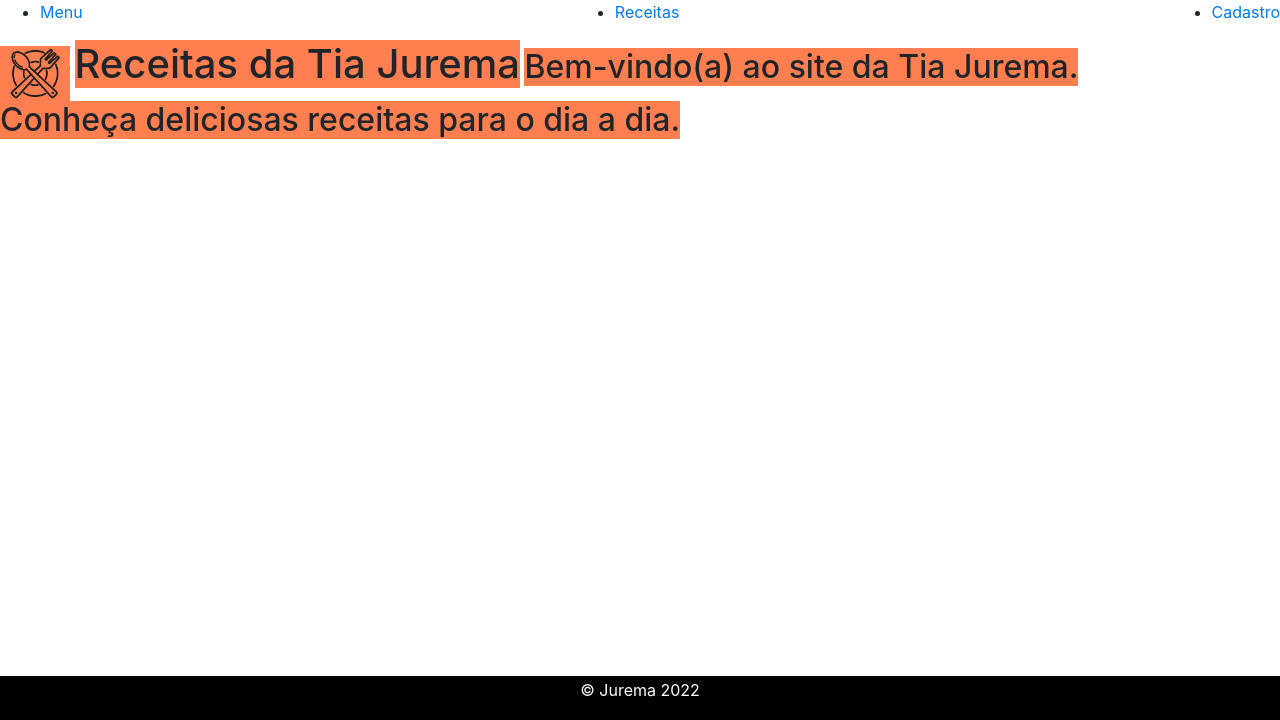
Repository: devropaes/RECEITAS
Page: OneDrive/Área de Trabalho/Estudos/Estácio/receitas/menu.html
The author's editor kept a copy of each file at every save. The page is drawn from the files as they stood at one save, then again after the next save.
The browser window is 1280 px wide. The pictures show the whole page.
Some web libraries are served in a nearby version.

Above is the page before, as saved 2024-03-11 22:29:18.

After the next save:
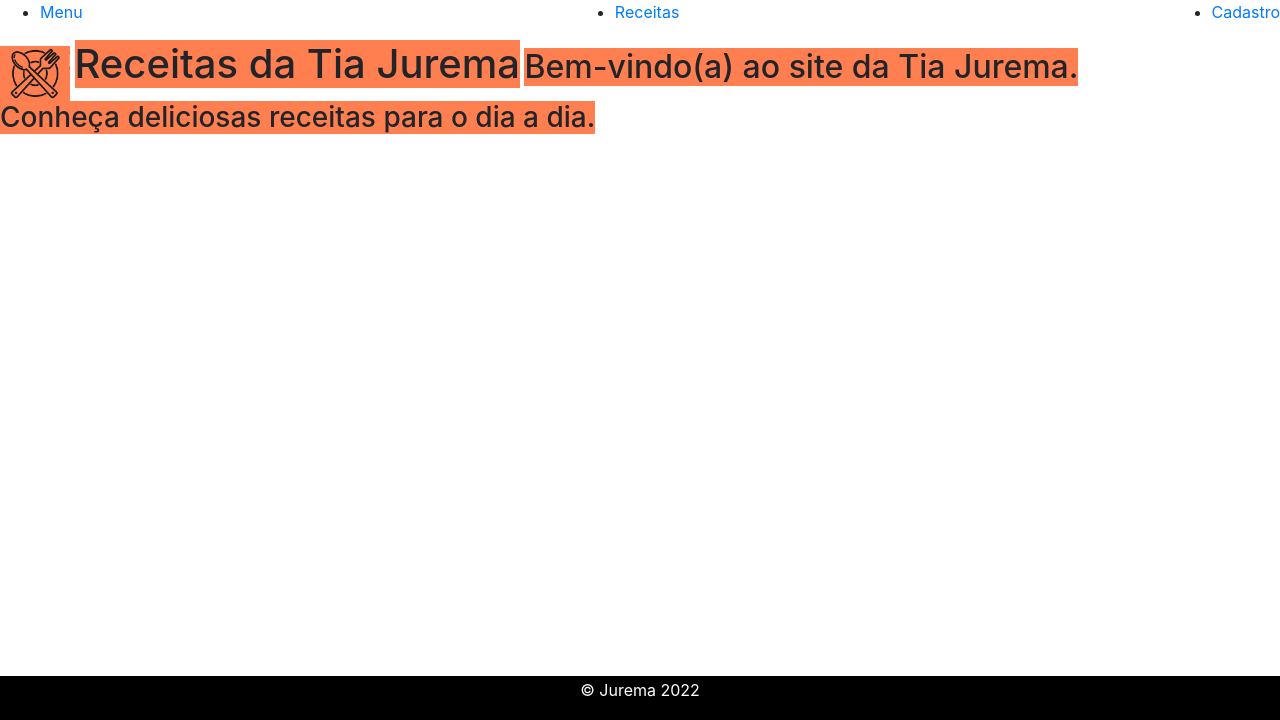
Saved 49 s later.
--- a/OneDrive/Área de Trabalho/Estudos/Estácio/receitas/menu.html
+++ b/OneDrive/Área de Trabalho/Estudos/Estácio/receitas/menu.html
@@ -21,7 +21,7 @@
         <img src="./assets/Foto3.png" alt="logo">
               <h1>Receitas da Tia Jurema</h1>
               <h2>Bem-vindo(a) ao site da Tia Jurema.</h2>
-              <h2>Conheça deliciosas receitas para o dia a dia.</h2>
+              <h3>Conheça deliciosas receitas para o dia a dia.</h3>
 
 
 
